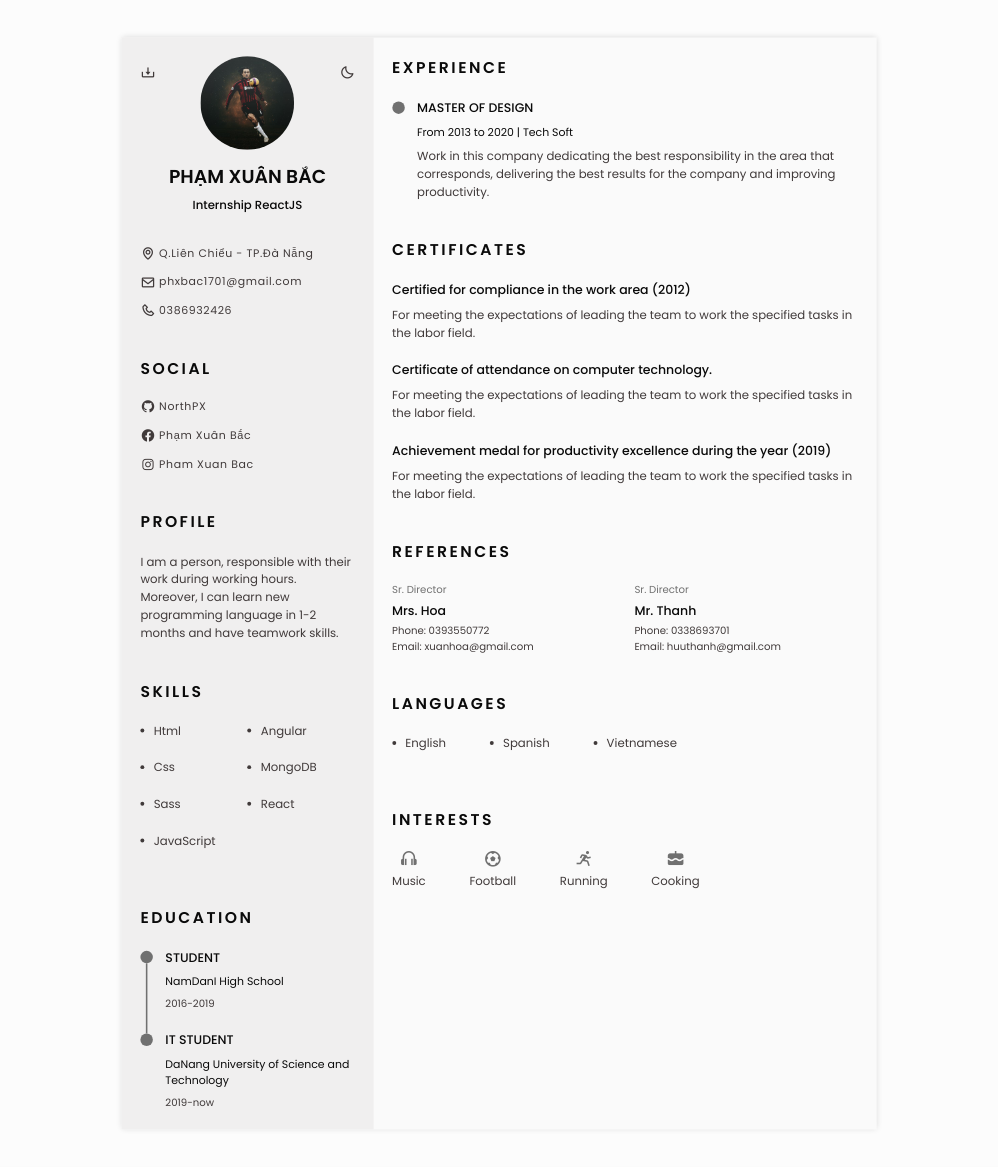
Repository: northpx/myCV
Page: index.html
An editor plug-in stored every save of this project. The page is shown before and after the next save, followed by the edit.
The browser window is 1280 px wide. The pictures show the whole page, at 78% of full size.

Above is the page before, as saved 2023-02-23 16:58:43.

### index.html
<!DOCTYPE html>
<html lang="en">
<head>
    <meta charset="UTF-8">
    <meta http-equiv="X-UA-Compatible" content="IE=edge">
    <meta name="viewport" content="width=device-width, initial-scale=1.0">
    <link rel="stylesheet" href="./src/css/styles.css">
    <link rel="stylesheet" href="https://cdn.jsdelivr.net/npm/boxicons@latest/css/boxicons.min.css">
    <title>Pham Xuan Bac</title>
</head>
<body>
    <header class="l-header" id="header">
        <nav class="nav bd-container">
            <a href="#" class="nav__logo">Bac</a>
            <div class="nav__menu" id="nav-menu">
                <ul class="nav__list">
                    <li class="nav__item">
                        <a href="#home" class="nav__link active-link">
                            <i class='bx bx-home nav__icon' ></i>HOME
                        </a>
                    </li>
                    <li class="nav__item">
                        <a href="#profile" class="nav__link">
                            <i class='bx bx-user nav__icon' ></i>USER
                        </a>
                    </li>
                    <li class="nav__item">
                        <a href="#education" class="nav__link">
                            <i class='bx bx-book nav__icon' ></i>EDUCATION
                        </a>
                    </li>
                    <li class="nav__item">
                        <a href="#skills" class="nav__link">
                            <i class='bx bx-receipt nav__icon' ></i>SKILLS
                        </a>
                    </li>
                    <li class="nav__item">
                        <a href="#experience" class="nav__link">
                            <i class='bx bx-briefcase-alt nav__icon' ></i>experience
                        </a>
                    </li>
                    <li class="nav__item">
                        <a href="#certificates" class="nav__link">
                            <i class='bx bx-award nav__icon' ></i>CERTIFICATES
                        </a>
                    </li>

                    <li class="nav__item">
                        <a href="#references" class="nav__link">
                            <i class='bx bx-link-external nav__icon' ></i>REFERENCES
                        </a>
                    </li>
                </ul>
            </div>

            <div class="nav__toogle" id="nav-toggle">
                <i class="bx bx-grid-alt"></i>
            </div>
        </nav>
    </header>
    <main class="l-main bd-container">
        <div class="resume" id="area-cv">
            <div class="resume__left">
                <section class="home" id="home">
                    <div class="home__container section bd-grid">
                        <div class="home__data bd-grid">
                            <img src="./src/img/z3668101589347_355da8c054c5f58beb49364ce3f9e5b5.jpg" alt="" class="home__img">
                            <h1 class="home__title"><b>PHẠM XUÂN BẮC</b></h1>
                            <h3 class="home__profession">Internship ReactJS</h3>
                            <div>
                                <a download="" href="./src/pdf/resumecv.pdf" class="home__button-movil">Download</a>
                            </div>
                        </div>
                        <div class="home__address bd-grid">
                            <span class="home__information">
                                <i class="bx bx-map home__icon"></i> Q.Liên Chiểu - TP.Đà Nẵng
                            </span>
                            <span class="home__information">
                                <i class="bx bx-envelope home__icon"></i> phxbac1701@gmail.com
                            </span>
                            <span class="home__information">
                                <i class="bx bx-phone home__icon"></i> 0386932426
                            </span>
                        </div>
                    </div>
                    <i class="bx bx-moon change-theme" title="Theme" id="theme-button"></i>
                    <i class="bx bx-download generate-pdf" title="Generate PDF" id="resume-button"></i>
                </section>

                <section class="social section">
                    <h2 class="section-title">Social</h2>
                    <div class="social__container bd-grid">
                        <a href="https://github.com/northpx" target="_blank" class="social_link">
                            <i class="bx bxl-github social__icon"></i> NorthPX
                        </a>
                        <a href="https://www.facebook.com/north.px.13/" target="_blank" class="social_link">
                            <i class="bx bxl-facebook-circle social__icon"></i> Phạm Xuân Bắc
                        </a>
                        <a href="https://www.instagram.com/_north.px_/" target="_blank" class="social_link">
                            <i class="bx bxl-instagram social__icon"></i> Pham Xuan Bac
                        </a>
                    </div>
                </section>

                <section class="profile section" id="profile">
                    <h2 class="section-title">Profile</h2>
                    <p class="profile__description">
                        I am a person, responsible with their work during working hours. Moreover, I can learn new programming language in 1-2 months and have teamwork skills.
                    </p>
                </section>

                <section class="skills section" id="skills">
                    <h2 class="section-title">Skills</h2>
                    <div class="skills__content bd-grid">
                        <ul class="skills__data">
                            <li class="skills__name">
                                <span class="skills__circle"></span> Html
                            </li>
                            <li class="skills__name">
                                <span class="skills__circle"></span> Css
                            </li>
                            <li class="skills__name">
                                <span class="skills__circle"></span> Sass
                            </li>
                            <li class="skills__name">
                                <span class="skills__circle"></span> JavaScript
                            </li>
                        </ul>

                        <ul class="skills__data">
                            <li class="skills__name">
                                <span class="skills__circle"></span> Angular
                            </li>
                            <li class="skills__name">
                                <span class="skills__circle"></span> MongoDB
                            </li>
                            <li class="skills__name">
                                <span class="skills__circle"></span> React
                            </li>
                        </ul>
                    </div>
                </section>

                <section class="education section" id="education">
                    <h2 class="section-title">Education</h2>
                    <div class="education__container bd-grid">
                        <!-- <div class="education__content">
                            <div class="education__time">
                                <span class="education__rounder"></span>
                                <span class="education__line"></span>
                            </div>
                            <div class="education__data bd-grid">
                                <h3 class="education__title">STUDENT</h3>
                                <span class="education__studies">HongLong Secondary School</span>
                                <span class="education__year">2012-2016</span>
                            </div>
                        </div> -->

                        <div class="education__content">
                            <div class="education__time">
                                <span class="education__rounder"></span>
                                <span class="education__line"></span>
                            </div>
                            <div class="education__data bd-grid">
                                <h3 class="education__title">STUDENT</h3>
                                <span class="education__studies">NamDanI High School</span>
                                <span class="education__year">2016-2019</span>
                            </div>
                        </div>

                        <div class="education__content">
                            <div class="education__time">
                                <span class="education__rounder"></span>
                                <!-- <span class="education__line"></span> -->
                            </div>
                            <div class="education__data bd-grid">
                                <h3 class="education__title">IT STUDENT</h3>
                                <span class="education__studies">DaNang University of Science and Technology</span>
                                <span class="education__year">2019-now</span>
                            </div>
                        </div>
                    </div>
                </section>

            </div>

            <div class="resume__right">
                <section class="experience section" id="experience">
                    <h2 class="section-title">experience</h2>
                    <div class="experience__container bd-grid">
                        <div class="experience__content">
                            <div class="experience__time">
                                <span class="experience__rounder"></span>
                                <!-- <span class="experience__line"></span> -->
                            </div>
                            <div class="experience__data bd-grid">
                                <h3 class="experience__title">MASTER OF DESIGN</h3>
                                <span class="experience__company">From 2013 to 2020 | Tech Soft</span>
                                <p class="experience__description">Work in this company dedicating the best responsibility in the area that corresponds, delivering the best results for the company and improving productivity.</p>
                            </div>
                        </div>
                        <!-- <div class="experience__content">
                            <div class="experience__time">
                                <span class="experience__rounder"></span>
                                <span class="experience__line"></span>
                            </div>
                            <div class="experience__data bd-grid">
                                <h3 class="experience__title">DESIGN UI/UX</h3>
                                <span class="experience__company">From 2020 to 2021 | Adobe Inc</span>
                                <p class="experience__description">Work in this company dedicating the best responsibility in the area that corresponds, delivering the best results for the company and improving productivity.</p>
                            </div>
                        </div>
                        <div class="experience__content">
                            <div class="experience__time">
                                <span class="experience__rounder"></span>
                            </div>
                            <div class="experience__data bd-grid">
                                <h3 class="experience__title">MOBILE APP DEVELOPER</h3>
                                <span class="experience__company">From 2021 to 2023 | App Tech</span>
                                <p class="experience__description">Work in this company dedicating the best responsibility in the area that corresponds, delivering the best results for the company and improving productivity.</p>
                            </div>
                        </div> -->
                    </div>
                </section>

                <section class="certificate section" id="certificates">
                    <h2 class="section-title">Certificates</h2>
                    <div class="certificate__container bd-grid">
                        <div class="certificate__content">
                            <h3 class="certificate__title">Certified for compliance in the work area (2012)</h3>
                            <p class="certificate__description">For meeting the expectations of leading the team to work the specified tasks in the labor field.</p>
                        </div>

                        <div class="certificate__content">
                            <h3 class="certificate__title">Certificate of attendance on computer technology.</h3>
                            <p class="certificate__description">For meeting the expectations of leading the team to work the specified tasks in the labor field.</p>
                        </div>

                        <div class="certificate__content">
                            <h3 class="certificate__title">Achievement medal for productivity excellence during the year (2019)</h3>
                            <p class="certificate__description">For meeting the expectations of leading the team to work the specified tasks in the labor field.</p>
                        </div>
                    </div>
                </section>

                <section class="references section" id="references">
                    <h2 class="section-title">References</h2>
                    <div class="references__container bd-grid">
                        <div class="references__content bd-grid">
                            <span class="references__subtitle">Sr. Director</span>
                            <h3 class="references__title">Mrs. Hoa</h3>
                            <ul class="references__contact">
                                <li>Phone: 0393550772</li>
                                <li>Email: xuanhoa@gmail.com</li>
                            </ul>
                        </div>

                        <div class="references__content bd-grid">
                            <span class="references__subtitle">Sr. Director</span>
                            <h3 class="references__title">Mr. Thanh</h3>
                            <ul class="references__contact">
                                <li>Phone: 0338693701</li>
                                <li>Email: huuthanh@gmail.com</li>
                            </ul>
                        </div>
                    </div>
                </section>

                <section class="languages section">
                    <h2 class="section-title">Languages</h2>
                    <div class="languages__container bd-grid">
                        <ul class="languages__content bd-grid">
                            <li class="languages_name">
                                <span class="languages__circle"></span> English
                            </li>
                            <li class="languages_name">
                                <span class="languages__circle"></span> Spanish
                            </li>
                            <li class="languages_name">
                                <span class="languages__circle"></span> Vietnamese
                            </li>

                        </ul>
                    </div>
                </section>

                <section class="interests section">
                    <h2 class="section-title">Interests</h2>
                    <div class="interests__container bd-grid">
                        <div class="interests__content">
                            <i class="bx bx-headphone interests__icon"></i>
                            <span class="interests__name">Music</span>
                        </div>
                        <div class="interests__content">
                            <i class='bx bx-football interests__icon' ></i>
                            <span class="interests__name">Football</span>
                        </div>
                        <div class="interests__content">
                            <i class='bx bx-run interests__icon' ></i>
                            <span class="interests__name">Running</span>
                        </div>
                        <div class="interests__content">
                            <i class='bx bxs-cake interests__icon' ></i>
                            <span class="interests__name">Cooking</span>
                        </div>
                    </div>
                </section>
            </div>
        </div>
    </main>

    <a href="#" class="scrolltop" id="scroll-top">
        <i class="bx bx-up-arrow-alt scrolltop__icon"></i>
    </a>
    <script src="./src/js/html2pdf.bundle.min.js"></script>
    <script src="./src/js/scripts.js"></script>
</body>
</html>

Loaded but not shown: src/js/html2pdf.bundle.min.js (library); src/js/scripts.js (107 lines, source omitted); src/css/styles.css (578 lines, source omitted)

After the next save:
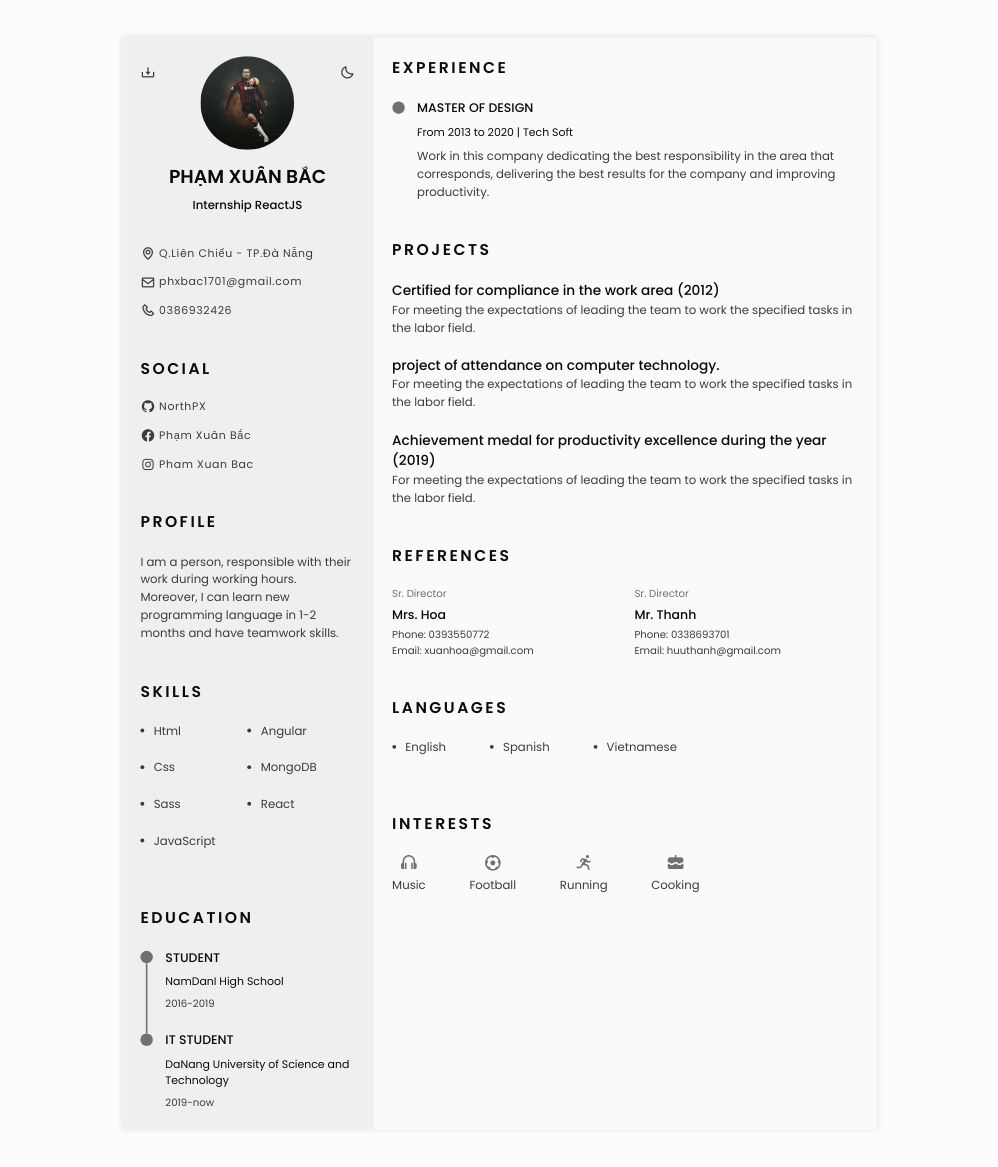
Saved 59 s later.
--- a/index.html
+++ b/index.html
@@ -40,8 +40,8 @@
                         </a>
                     </li>
                     <li class="nav__item">
-                        <a href="#certificates" class="nav__link">
-                            <i class='bx bx-award nav__icon' ></i>CERTIFICATES
+                        <a href="#projects" class="nav__link">
+                            <i class='bx bx-award nav__icon' ></i>projectS
                         </a>
                     </li>
 
@@ -223,22 +223,22 @@
                     </div>
                 </section>
 
-                <section class="certificate section" id="certificates">
-                    <h2 class="section-title">Certificates</h2>
-                    <div class="certificate__container bd-grid">
-                        <div class="certificate__content">
-                            <h3 class="certificate__title">Certified for compliance in the work area (2012)</h3>
-                            <p class="certificate__description">For meeting the expectations of leading the team to work the specified tasks in the labor field.</p>
-                        </div>
-
-                        <div class="certificate__content">
-                            <h3 class="certificate__title">Certificate of attendance on computer technology.</h3>
-                            <p class="certificate__description">For meeting the expectations of leading the team to work the specified tasks in the labor field.</p>
-                        </div>
-
-                        <div class="certificate__content">
-                            <h3 class="certificate__title">Achievement medal for productivity excellence during the year (2019)</h3>
-                            <p class="certificate__description">For meeting the expectations of leading the team to work the specified tasks in the labor field.</p>
+                <section class="project section" id="projects">
+                    <h2 class="section-title">projects</h2>
+                    <div class="project__container bd-grid">
+                        <div class="project__content">
+                            <h3 class="project__title">Certified for compliance in the work area (2012)</h3>
+                            <p class="project__description">For meeting the expectations of leading the team to work the specified tasks in the labor field.</p>
+                        </div>
+
+                        <div class="project__content">
+                            <h3 class="project__title">project of attendance on computer technology.</h3>
+                            <p class="project__description">For meeting the expectations of leading the team to work the specified tasks in the labor field.</p>
+                        </div>
+
+                        <div class="project__content">
+                            <h3 class="project__title">Achievement medal for productivity excellence during the year (2019)</h3>
+                            <p class="project__description">For meeting the expectations of leading the team to work the specified tasks in the labor field.</p>
                         </div>
                     </div>
                 </section>
